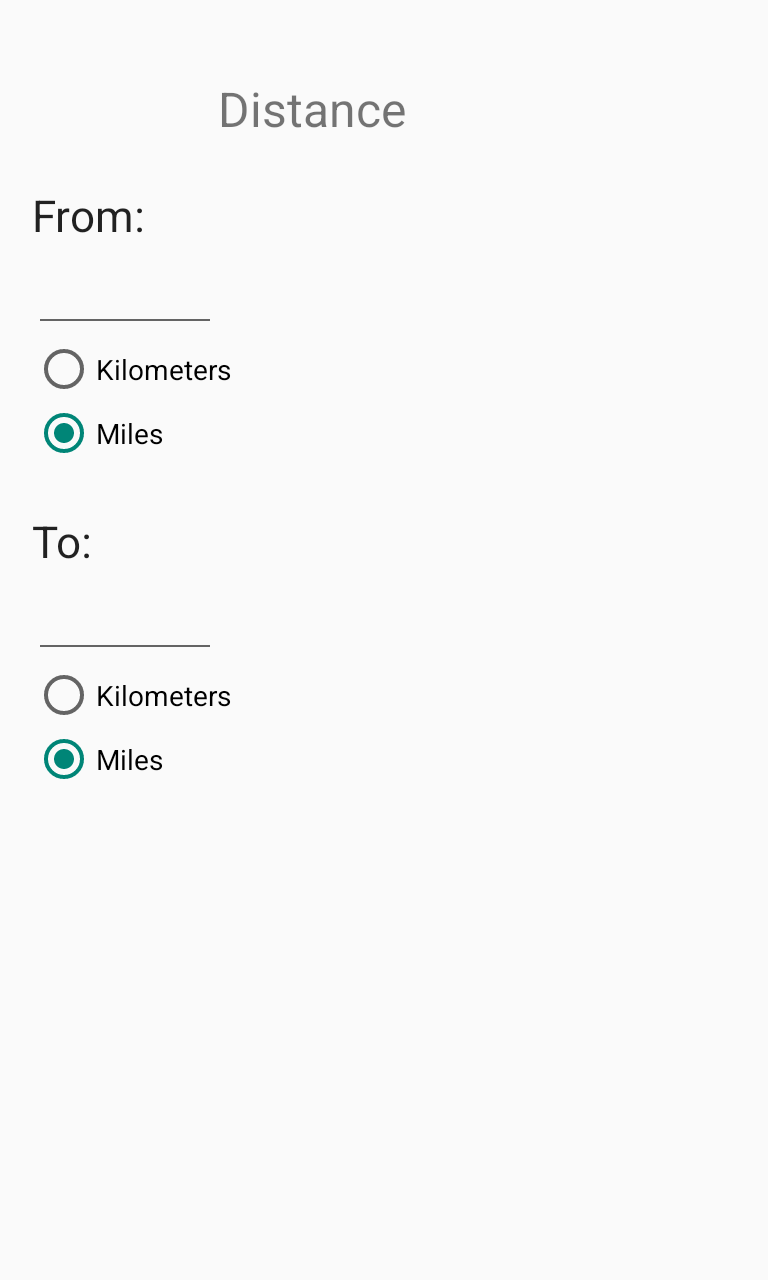
Repository: awayzo/6300Fall14Assignment4
Layout: UnitConvertor/res/layout/activity_main.xml
An editor plug-in stored every save of this project. The layout is shown before and after the next save, followed by the edit.
It is drawn on a 768 x 1280 px phone screen (xhdpi) without system bars, with theme AppTheme; the app's code is not run.

Above is the layout before, as saved 2014-09-25 21:39:29.

After the next save:
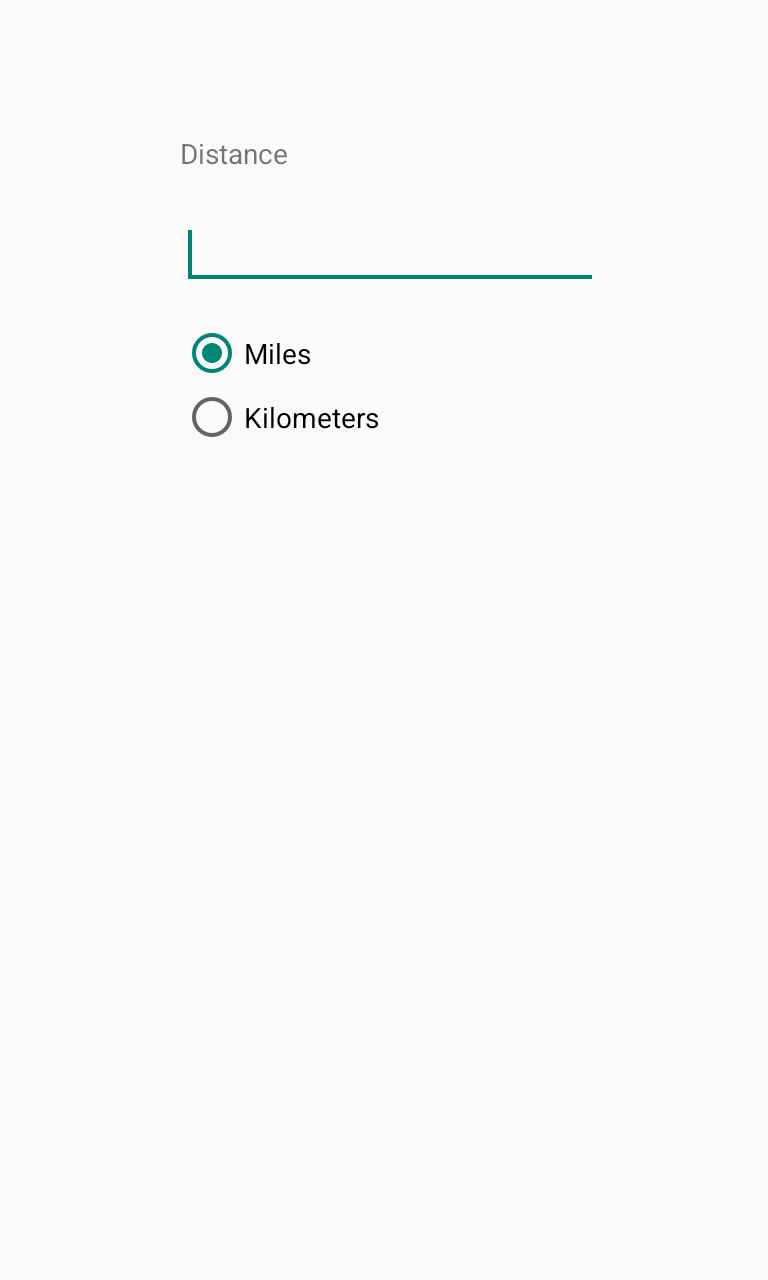
Saved 55 s later.
--- a/UnitConvertor/res/layout/activity_main.xml
+++ b/UnitConvertor/res/layout/activity_main.xml
@@ -1,95 +1,59 @@
-<LinearLayout xmlns:android="http://schemas.android.com/apk/res/android"
+<RelativeLayout xmlns:android="http://schemas.android.com/apk/res/android"
     xmlns:tools="http://schemas.android.com/tools"
     android:layout_width="match_parent"
     android:layout_height="match_parent"
-    android:orientation="vertical"
     android:paddingBottom="@dimen/activity_vertical_margin"
     android:paddingLeft="@dimen/activity_horizontal_margin"
     android:paddingRight="@dimen/activity_horizontal_margin"
     android:paddingTop="@dimen/activity_vertical_margin"
     tools:context="edu.gatech.seclass.unitconvertor.MainActivity" >
 
-    <TextView
-        android:id="@+id/lblTitle"
-        android:layout_width="match_parent"
+    <EditText
+        android:id="@+id/txt1"
+        android:layout_width="wrap_content"
         android:layout_height="wrap_content"
-        android:layout_marginBottom="2dp"
-        android:layout_marginLeft="93dp"
-        android:layout_marginTop="22dp"
-        android:text="@string/lblDistance"
-        android:textSize="24dp" />
+        android:layout_alignLeft="@+id/lblTitle"
+        android:layout_below="@+id/lblTitle"
+        android:layout_marginTop="19dp"
+        android:ems="10"
+        android:inputType="numberDecimal" >
+
+        <requestFocus />
+    </EditText>
 
     <RadioGroup
         android:id="@+id/radioGroup1"
         android:layout_width="wrap_content"
         android:layout_height="wrap_content"
+        android:layout_alignLeft="@+id/txt1"
+        android:layout_below="@+id/txt1"
+        android:layout_marginTop="14dp" >
 
-        android:layout_marginLeft="56dp" >
+        <RadioButton
+            android:id="@+id/radio0"
+            android:layout_width="wrap_content"
+            android:layout_height="wrap_content"
+            android:checked="true"
+            android:onClick="handleClick"
+            android:text="@string/miles" />
+
+        <RadioButton
+            android:id="@+id/radio1"
+            android:layout_width="wrap_content"
+            android:layout_height="wrap_content"
+            android:onClick="handleClick"
+            android:text="@string/km" />
+
     </RadioGroup>
 
     <TextView
-        android:id="@+id/textView1"
+        android:id="@+id/lblTitle"
         android:layout_width="wrap_content"
         android:layout_height="wrap_content"
-        android:layout_marginTop="20dp"
-        android:text="From:"
-        android:textAppearance="?android:attr/textAppearanceLarge" />
+        android:layout_alignParentLeft="true"
+        android:layout_alignParentTop="true"
+        android:layout_marginLeft="74dp"
+        android:layout_marginTop="51dp"
+        android:text="@string/lblDistance" />
 
-    <EditText
-        android:id="@+id/txtFrom"
-        android:layout_width="93dp"
-        android:layout_height="wrap_content"
-        android:layout_marginTop="5dp"
-        android:ems="10"
-        android:inputType="numberDecimal" />
-
-    <RadioButton
-        android:id="@+id/radioFromKm"
-        android:layout_width="wrap_content"
-        android:layout_height="wrap_content"
-        android:onClick="handleClick"
-        android:text="@string/km" />
-
-    <RadioButton
-        android:id="@+id/radioFromMiles"
-        android:layout_width="wrap_content"
-        android:layout_height="wrap_content"
-
-        android:checked="true"
-        android:onClick="handleClick"
-        android:text="@string/miles" />
-
-    <TextView
-        android:id="@+id/TextView01"
-        android:layout_width="wrap_content"
-        android:layout_height="wrap_content"
-
-        android:layout_marginTop="23dp"
-        android:text="To:"
-        android:textAppearance="?android:attr/textAppearanceLarge" />
-
-    <EditText
-        android:id="@+id/txtTo"
-        android:layout_width="93dp"
-        android:layout_height="wrap_content"
-        android:layout_marginTop="5dp"
-        android:ems="10"
-        android:inputType="numberDecimal" />
-
-    <RadioButton
-        android:id="@+id/radioToKm"
-        android:layout_width="wrap_content"
-        android:layout_height="wrap_content"
-
-        android:onClick="handleClick"
-        android:text="@string/km" />
-
-    <RadioButton
-        android:id="@+id/radioToMiles"
-        android:layout_width="wrap_content"
-        android:layout_height="wrap_content"
-		android:checked="true"
-        android:onClick="handleClick"
-        android:text="@string/miles" />
-
-</LinearLayout>
+</RelativeLayout>
